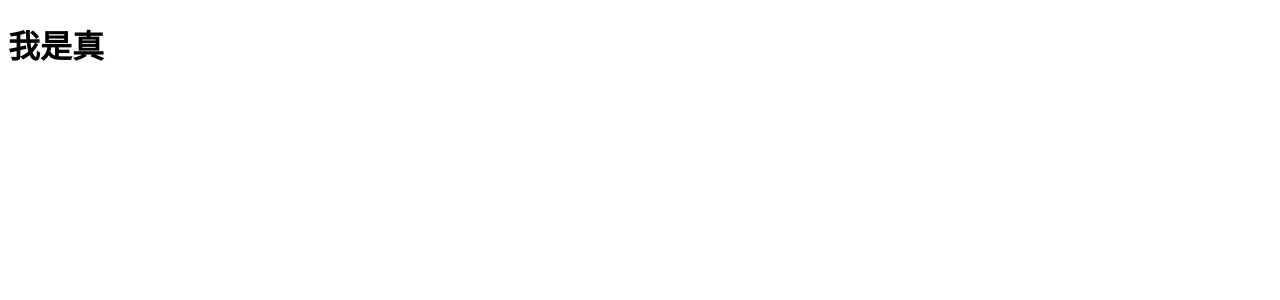
Repository: sc1314520/oce-test
Page: http://localhost/EE/jsp/basic/jstl3.jsp
An editor plug-in stored every save of this project. The page is shown before and after the next save, followed by the edit.
The browser window is 1280 px wide. The pictures show the whole page.
The page is served by Tomcat 9. Nobody is signed in. The application's start-up code is not run. Other server files are loaded and not shown.

Above is the page before, as saved 2022-12-29 10:12:24.

### EE/src/main/webapp/jsp/basic/jstl3.jsp
<%@ page language="java" contentType="text/html; charset=UTF-8"
    pageEncoding="UTF-8"%>
<%@ taglib prefix="c" uri="http://java.sun.com/jsp/jstl/core" %>
<!DOCTYPE html>
<html>
<head>
<meta charset="UTF-8">
<title>Insert title here</title>
</head>
<body>
	<!--  test="接收 boolean 表達式" -->
	<c:if test="true">
		<h1>我是真</h1>
	</c:if>

</body>
</html>

After the next save:
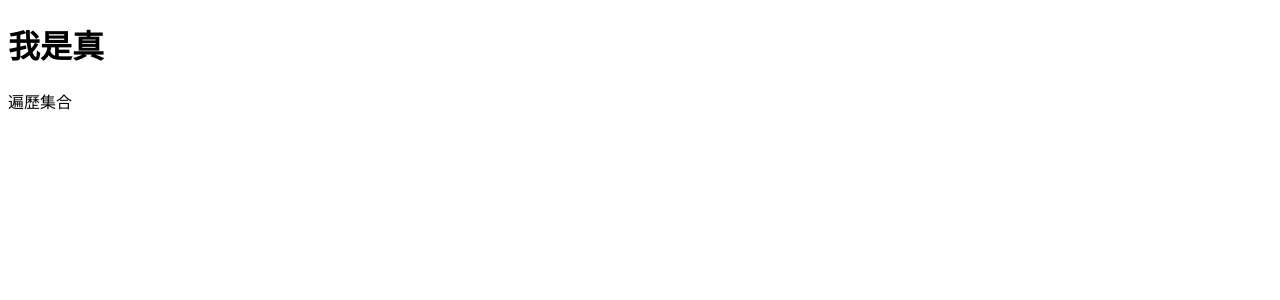
Saved 2 min 6 s later.
--- a/EE/src/main/webapp/jsp/basic/jstl3.jsp
+++ b/EE/src/main/webapp/jsp/basic/jstl3.jsp
@@ -1,3 +1,5 @@
+<%@page import="java.util.ArrayList"%>
+<%@page import="java.util.List"%>
 <%@ page language="java" contentType="text/html; charset=UTF-8"
     pageEncoding="UTF-8"%>
 <%@ taglib prefix="c" uri="http://java.sun.com/jsp/jstl/core" %>
@@ -12,6 +14,13 @@
 	<c:if test="true">
 		<h1>我是真</h1>
 	</c:if>
-
+	<%
+		List list =new ArrayList();
+		list.add("aaaa");
+		request.setAttribute("list", list);
+	%>
+	<c:if test="${not empty list }">
+		遍歷集合
+	</c:if>
 </body>
 </html>
